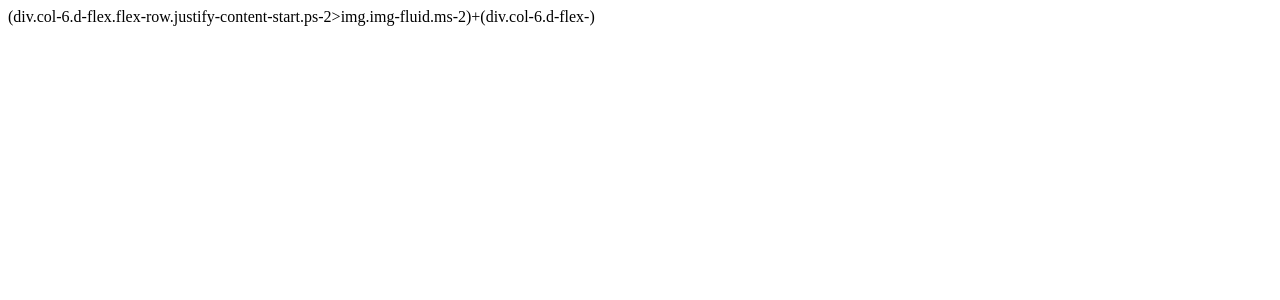
Repository: Rafa-x64/App-de-Tareas-con-AJAX
Page: http://localhost/DEV/src/php/includes/header.php
The author's editor kept a copy of each file at every save. The page is drawn from the files as they stood at one save, then again after a run of saves.
The browser window is 1280 px wide. The pictures show the whole page.
The page is run by PHP 8.4 with error messages shown; the project is at /var/www/html/.

Above is the page before, as saved 2025-08-23 19:21:32.

### src/php/includes/header.php
<header class="container-fluid">
    <div class="row d-flex flex-row justify-content-center">
        (div.col-6.d-flex.flex-row.justify-content-start.ps-2>img.img-fluid.ms-2)+(div.col-6.d-flex-)
    </div>
</header>

After the next 4 saves:
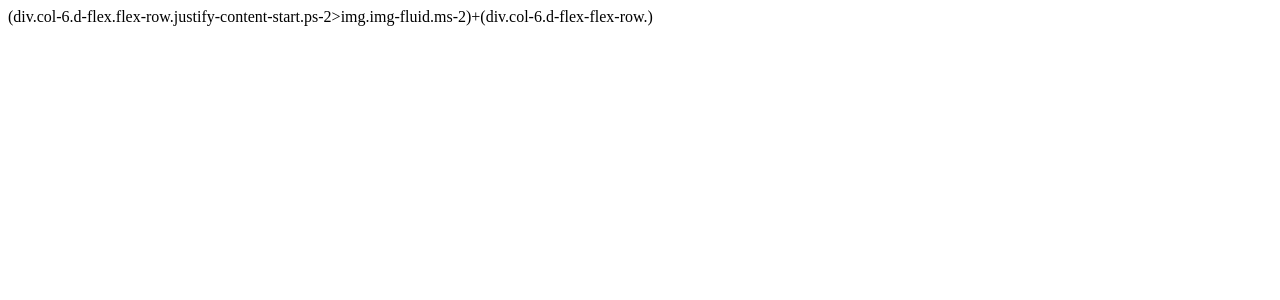
The 4 saves are shown as one change because they came seconds apart.
The last was saved 7 s later.
--- a/src/php/includes/header.php
+++ b/src/php/includes/header.php
@@ -1,5 +1,5 @@
 <header class="container-fluid">
     <div class="row d-flex flex-row justify-content-center">
-        (div.col-6.d-flex.flex-row.justify-content-start.ps-2>img.img-fluid.ms-2)+(div.col-6.d-flex-)
+        (div.col-6.d-flex.flex-row.justify-content-start.ps-2>img.img-fluid.ms-2)+(div.col-6.d-flex-flex-row.)
     </div>
 </header>
